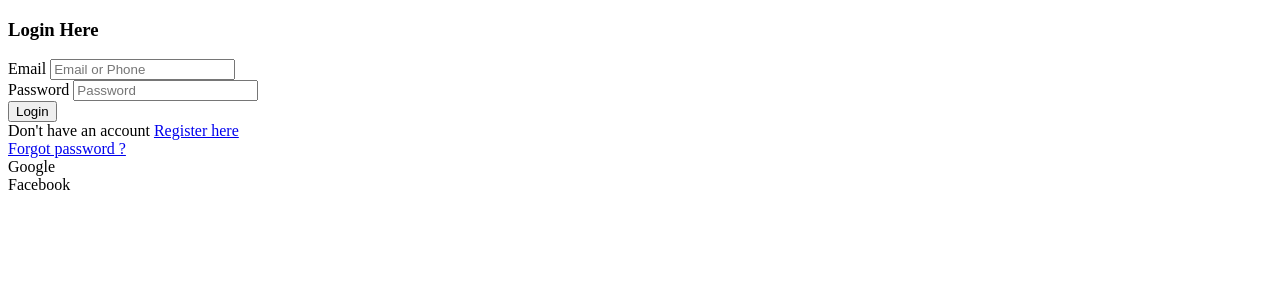
Repository: saroj304/sanolagani
Page: http://localhost/login
The author's editor kept a copy of each file at every save. The page is drawn from the files as they stood at one save, then again after a run of saves.
The browser window is 1280 px wide. The pictures show the whole page.
The page is this project's Thymeleaf template; nobody is signed in. The template is opened directly, without the code that normally fills it, so the values that code supplies are empty.

Above is the page before, as saved 2023-05-29 02:25:25.

### sanolagani/src/main/resources/templates/login.html
<!DOCTYPE html>

<html xmlns="http://www.w3.org/1999/xhtml"
      xmlns:th="http://www.thymeleaf.org">
<head>
<!-- Design by foolishdeveloper.com -->
<title>LoginPage</title>



</head>
<body>

	<div class="background">
		<div class="shape"></div>
		<div class="shape"></div>
	</div>
	<form th:action="@{/processlogin}" method="post">

	    <div th:if="${param.error}" ><div class="alert alert-danger">User doesnot exist!!</div></div>
		<h3>Login Here</h3>

		<div>
			<label for="username">Email</label> <input type="text"
				placeholder="Email or Phone" id="username" name="email">
		</div>

		<div>
			<label for="password">Password</label> <input type="password"
				name="password"placeholder="Password" id="password">
		</div>

		<input type="submit" value="Login" class="btn btn-primary btn-block">
		<br> <span>Don't have an account <a class="linkControl"
			 th:href="@{/register}">Register here</a></span> <br>
		<a href="" th:href="@{/forgotpassword}">Forgot password ?</a>
     </input>
		<div class="social">
			<div class="go">
				<i class="fab fa-google"></i> Google
			</div>
			<div class="fb">
				<i class="fab fa-facebook"></i> Facebook
			</div>
		</div>
	</form>
</body>
</html>

After the next 2 saves:
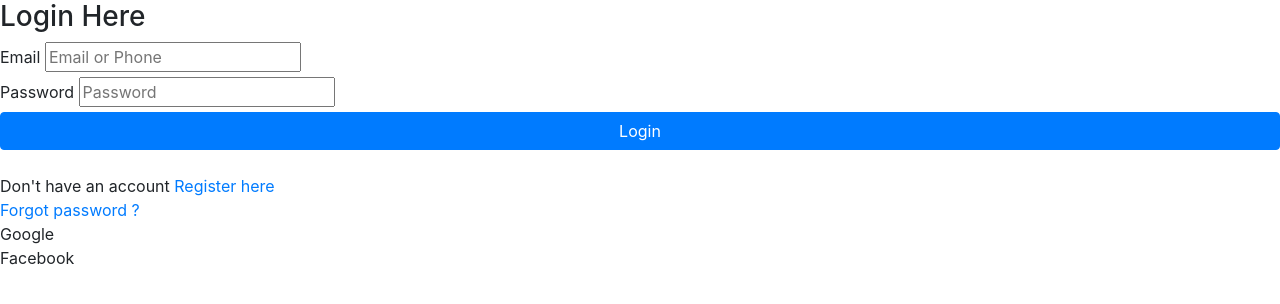
The 2 saves are shown as one change because they came seconds apart.
The last was saved 24 s later.
--- a/sanolagani/src/main/resources/templates/login.html
+++ b/sanolagani/src/main/resources/templates/login.html
@@ -3,6 +3,7 @@
 <html xmlns="http://www.w3.org/1999/xhtml"
       xmlns:th="http://www.thymeleaf.org">
 <head>
+<link rel="stylesheet" href="https://cdn.jsdelivr.net/npm/bootstrap@4.5.3/dist/css/bootstrap.min.css" integrity="sha384-TX8t27EcRE3e/ihU7zmQxVncDAy5uIKz4rEkgIXeMed4M0jlfIDPvg6uqKI2xXr2" crossorigin="anonymous">
 <!-- Design by foolishdeveloper.com -->
 <title>LoginPage</title>
 
